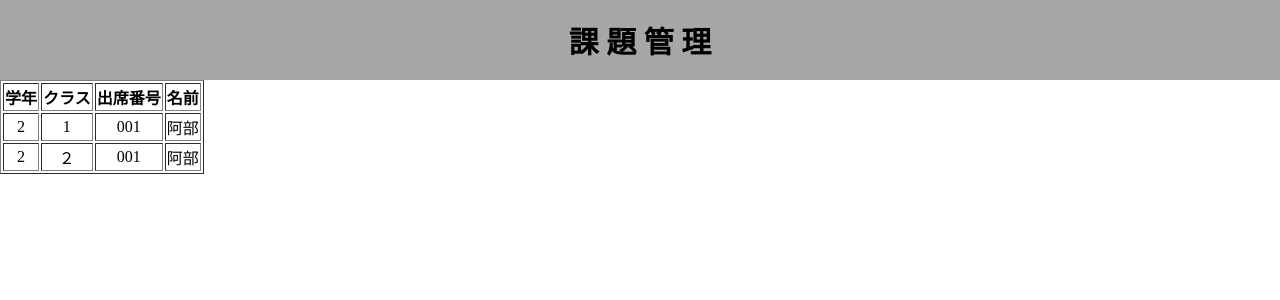
Repository: k-murakami18/canvas_v2
Page: management.html
These files come from the project's save history. The page is drawn as it stood at one moment and after the next save; the edit follows.
The browser window is 1280 px wide. The pictures show the whole page.

Above is the page before, as saved 2021-01-12 15:35:20.

After the next save:
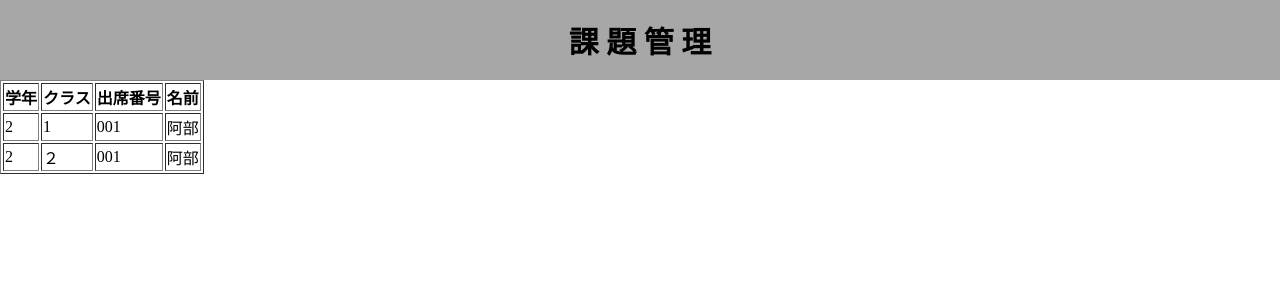
Saved 11 s later.
--- a/style.css
+++ b/style.css
@@ -198,6 +198,6 @@
   margin-left: 20px;
 }
 
-#table{
+.table{
   text-align: center;
 }

After the save that followed:
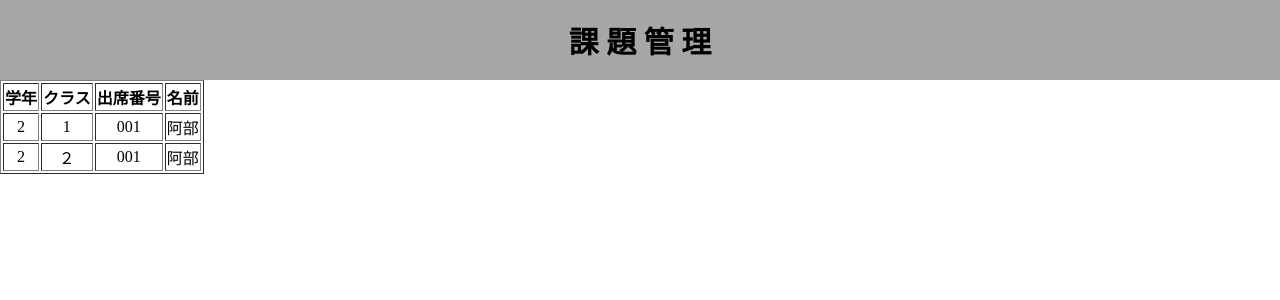
Saved 9 s later.
--- a/style.css
+++ b/style.css
@@ -198,6 +198,6 @@
   margin-left: 20px;
 }
 
-.table{
+#table{
   text-align: center;
 }
